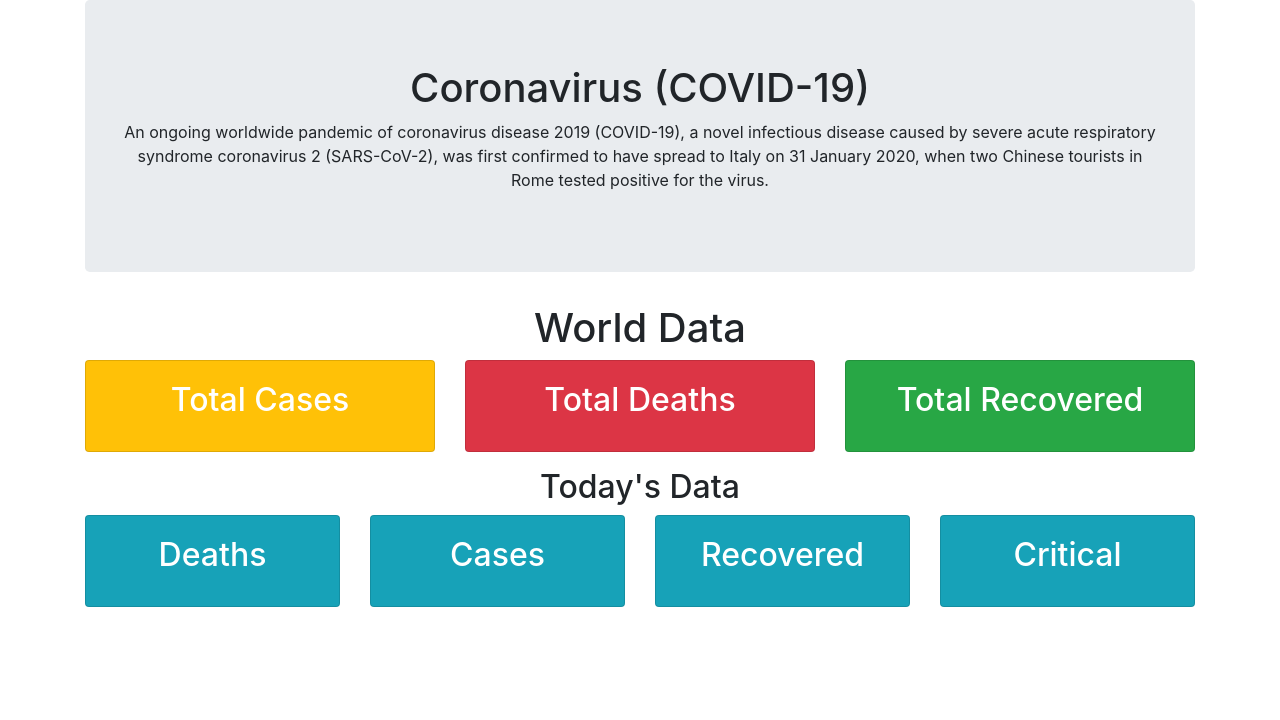
Repository: ahmadsaadkhan/react-covid-app
Page: /
The author's editor kept a copy of each file at every save. The page is drawn from the files as they stood at one save, then again after the next save.
The browser window is 1280 px wide. The pictures show the whole page.
The page's requests for data from a server got no answer. The project was rebuilt for these pictures with package versions that can differ from the ones it lists, and the page was loaded fresh each time. No one was signed in, and anything a server would have sent is missing.

Above is the page before, as saved 2021-04-19 16:04:44.

After the next save:
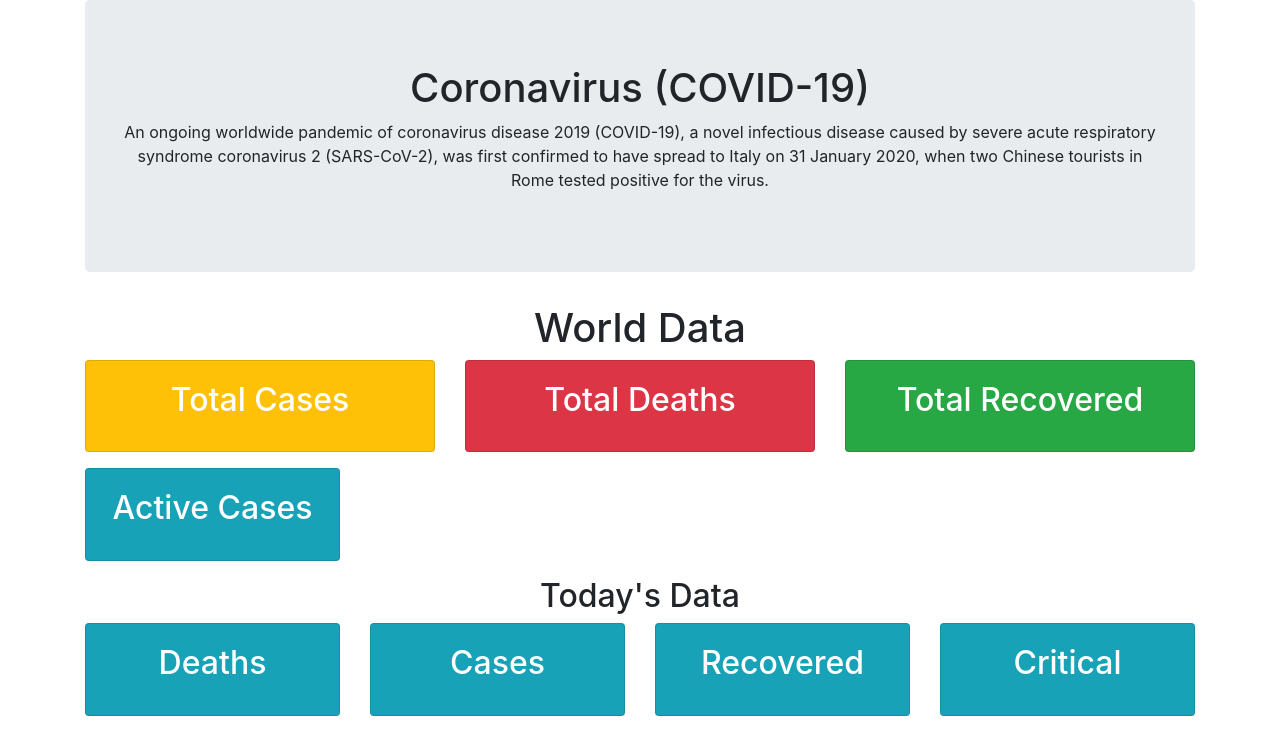
Saved 9 s later.
--- a/src/App.js
+++ b/src/App.js
@@ -65,6 +65,15 @@ function App() {
               </div>
             </div>
           </div>
+
+          <div className="col-md-3">
+            <div className="card text-white bg-info mb-3">
+              <div className="card-body">
+                <h2 className="card-title"> Active Cases</h2>
+                <p className="card-text h3">{Covid_Data && Covid_Data[0].ActiveCases}</p>
+              </div>
+            </div>
+          </div>
         </div>
 
         <h2>Today's Data</h2>
